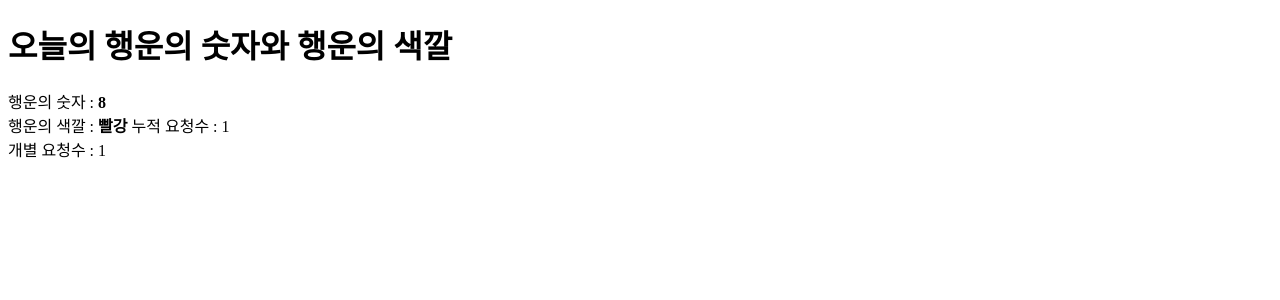
Repository: HeeMang28/jsp
Page: http://localhost/JSPBasic/jsptag/tag_quiz01.jsp
The author's editor kept a copy of each file at every save. The page is drawn from the files as they stood at one save, then again after the next save.
The browser window is 1280 px wide. The pictures show the whole page.
The page is served by Tomcat 9.

Above is the page before, as saved 2022-03-23 09:25:17.

After the next save:
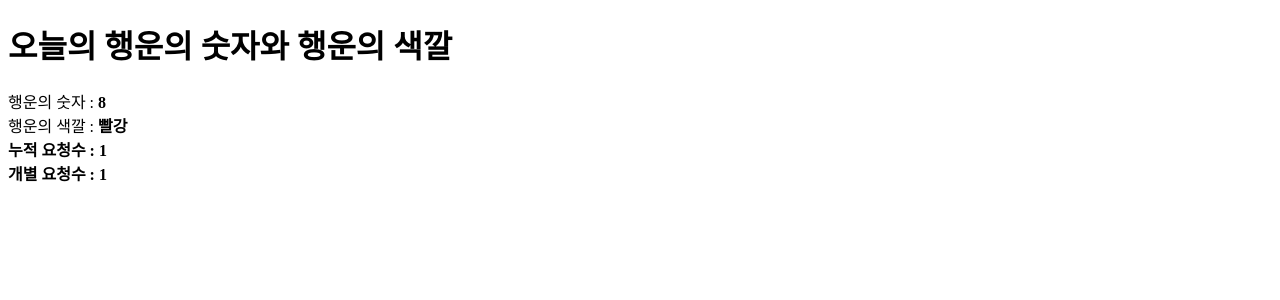
Saved 12 s later.
--- a/JSPBasic/src/main/webapp/jsptag/tag_quiz01.jsp
+++ b/JSPBasic/src/main/webapp/jsptag/tag_quiz01.jsp
@@ -39,7 +39,7 @@
 %>
 <h1> 오늘의 행운의 숫자와 행운의 색깔</h1>
 	행운의 숫자 : <b><%= randomNumber() %></b> <br>
-	행운의 색깔 : <b><%= randomColor() %></b>
+	행운의 색깔 : <b><%= randomColor() %></br>
 	누적 요청수 : <%= total %><br/>
 	개별 요청수 : <%= each %><br/>
 </body>
